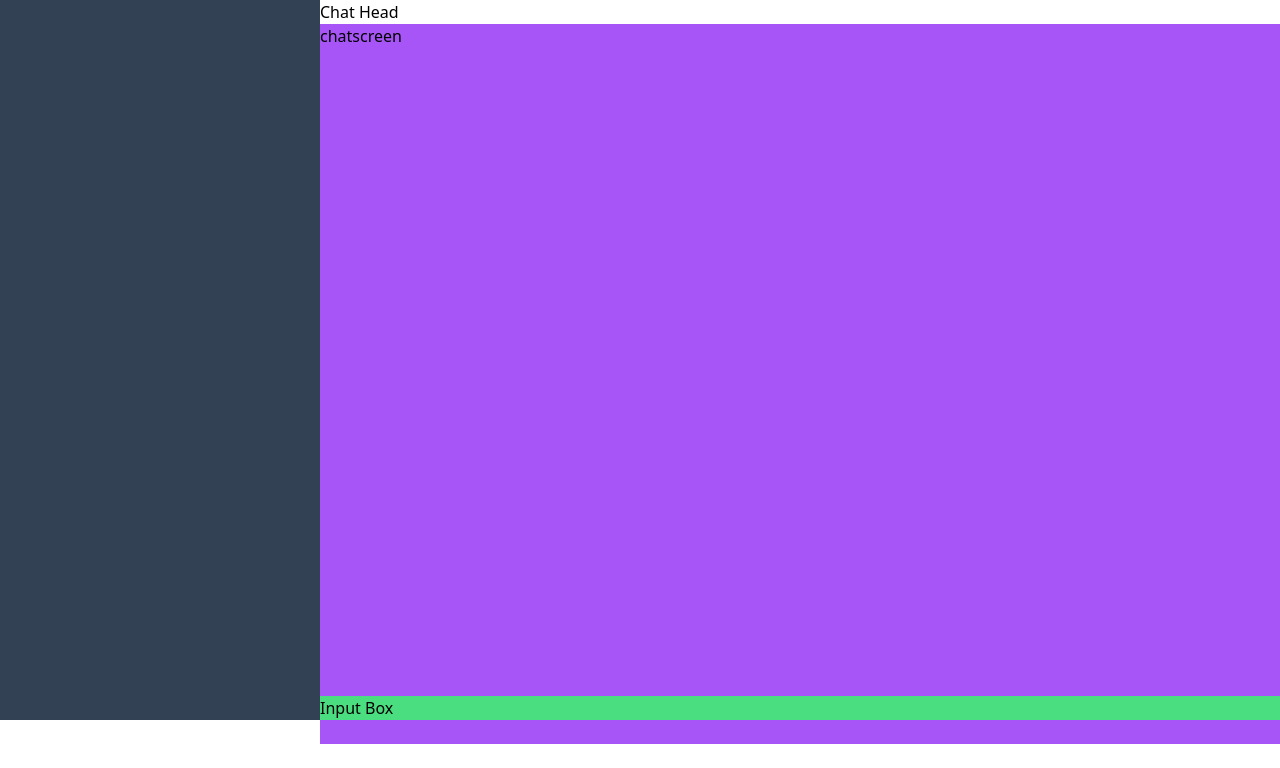
Repository: theanmol-raj/whatsapp
Page: /
The author's editor kept a copy of each file at every save. The page is drawn from the files as they stood at one save, then again after the next save.
The browser window is 1280 px wide. The pictures show the whole page.
The project was rebuilt for these pictures with package versions that can differ from the ones it lists, and the page was loaded fresh each time.

Above is the page before, as saved 2022-12-03 21:32:56.

### src/index.js
import React from 'react';
import ReactDOM from 'react-dom/client';
import './index.css';
import App from './App';






const root = ReactDOM.createRoot(document.getElementById('root'));

root.render(
  <App />
);

### src/App.js
import Homescreen from "./Screens/Homescreen";

function App() {

  return (
    <div className="h-screen w-screen bg-slate-900">
      <Homescreen />
      {/* LoginScreen */}
    </div>
  );
}

export default App;

### src/Screens/Homescreen.jsx
import React from 'react'
import ChatScreen from '../Components/ChatScreen'
import ContactList from '../Components/ContactList'

function Homescreen() {
  return (
    <div className=' w-full max-w-[95rem] grid grid-cols-4 h-screen bg-red-500 mx-auto'>
        {/* Contact List */}
            <ContactList />
        {/* Message Box */}
            <ChatScreen />

    </div>
  )
}

export default Homescreen

### src/Components/ChatScreen.jsx
import React from 'react'

function ChatScreen() {
  return (
    <div className=' bg-yellow-400 col-span-3 relative'>
        <div className=' w-full bg-white sticky top-0'>
                Chat Head
        </div>
        <div className=' h-full bg-purple-500'>
                chatscreen
        </div>
        <div className=' w-full sticky bottom-0 bg-green-400'>
                Input Box
        </div>
    </div>
  )
}

export default ChatScreen

### src/Components/ContactList.jsx
import React from 'react'

function ContactList() {
  return (
    <div className=' bg-slate-700'>


    </div>
  )
}

export default ContactList

Loaded but not shown: public/index.html (common file); src/index.css (common file); tailwind.config.js (common file)

After the next save:
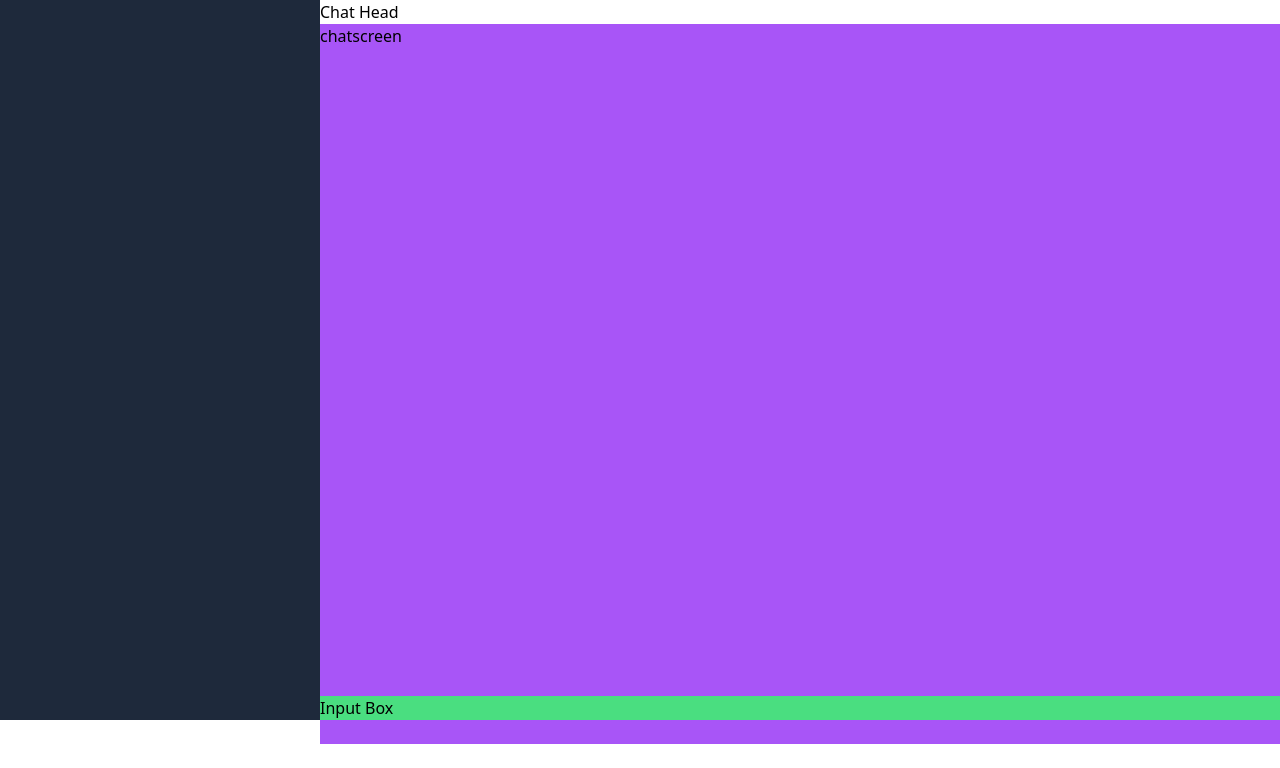
Saved 15 s later.
--- a/src/Components/ContactList.jsx
+++ b/src/Components/ContactList.jsx
@@ -2,7 +2,7 @@ import React from 'react'
 
 function ContactList() {
   return (
-    <div className=' bg-slate-700'>
+    <div className=' bg-slate-800'>
 
 
     </div>
